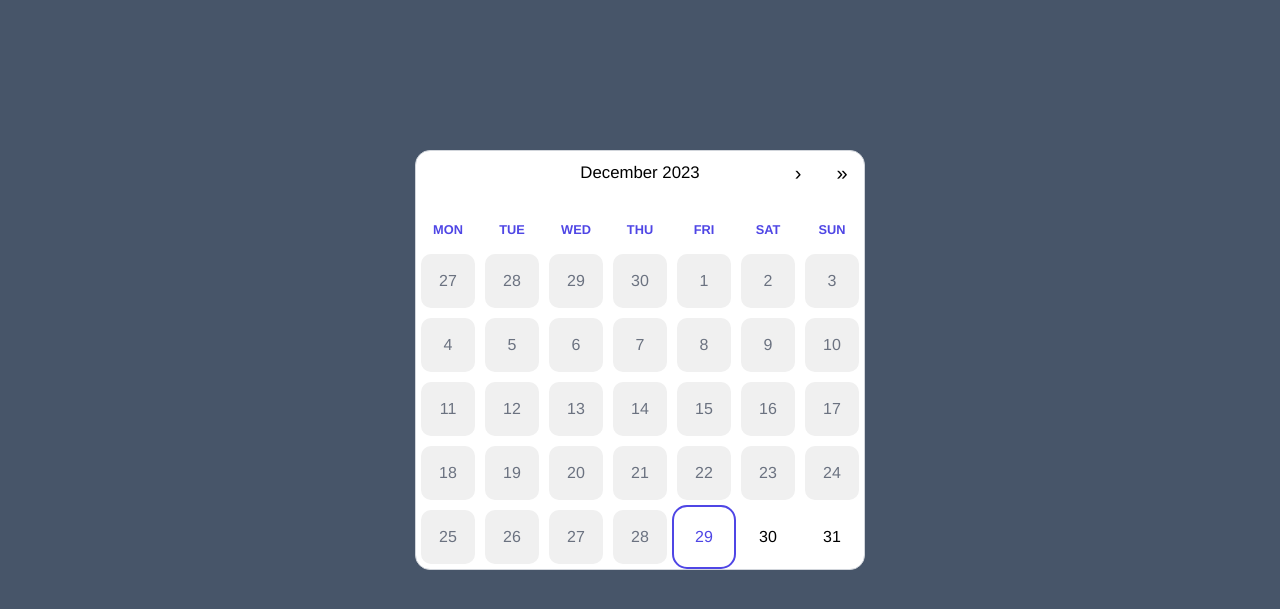
Repository: ImedBousakhria/appointment_system_prototype
Page: /
These files come from the project's save history. The page is drawn as it stood at one moment and after the next save; the edit follows.
The browser window is 1280 px wide. The pictures show the whole page.
The project was rebuilt for these pictures with package versions that can differ from the ones it lists, and the page was loaded fresh each time. Also part of the build but not shown: vite.config.js.

Above is the page before, as saved 2023-12-30 16:38:26.

### src/main.jsx
import React from 'react'
import ReactDOM from 'react-dom/client'
import './index.css'
import Calendar from './Calendar'
import "./Calendar.css";


ReactDOM.createRoot(document.getElementById('root')).render(
  <React.StrictMode>
    <Calendar />
  </React.StrictMode>,
)

### src/index.css
/* styles.css */

@import 'tailwindcss/base';
@import 'tailwindcss/components';
@import 'tailwindcss/utilities';

/* Your custom styles go here */

### src/Calendar.jsx
import React, { useState } from "react";
import reactLogo from "./assets/react.svg";
import viteLogo from "/vite.svg";
import { InlineWidget } from "react-calendly";
import ReactCalendar from "react-calendar";
import { add, format } from "date-fns";
import {
  OPENING_TIME_MORNING,
  CLOSING_TIME_MORNING,
  OPENING_TIME_AFTERNOON,
  CLOSING_TIME_AFTERNOON,
  INTERVAL,
} from "./consts/config";


export const Calendar = () => {
  const [date, setDate] = useState({ justDate: undefined, dateTime: undefined });

  const getTimes = (openingTime, closingTime) => {
    if (!date.justDate) return [];
    const { justDate } = date;
    const beginning = add(justDate, { hours: openingTime });
    const end = add(justDate, { hours: closingTime });
    const interval = INTERVAL;

    const times = [];
    for (let i = beginning; i <= end; i = add(i, { minutes: interval })) {
      times.push(new Date(i));
    }

    return times;
  };

  const morningTimes = getTimes(OPENING_TIME_MORNING, CLOSING_TIME_MORNING);
  const afternoonTimes = getTimes(
    OPENING_TIME_AFTERNOON,
    CLOSING_TIME_AFTERNOON
  );

  // Concatenate morningTimes and afternoonTimes into a single array
  const allTimes = [...morningTimes, ...afternoonTimes];
  return (
    <div className=" bg-slate-600 flex gap-6 items-center h-screen justify-center">
      <ReactCalendar
        minDate={new Date()}
        className="REACT-CALENDAR"
        view="month"
        onClickDay={(date) => setDate((prev) => ({ ...prev, justDate: date }))}
      />
      {date.justDate ? (
        <div className=" flex flex-col gap-3">
          {allTimes?.map((time, i) => (
            <div
              key={`time-${i}`}
              className=" bg-white py-2 px-3 cursor-pointer rounded-md font-semibold hover:bg-gray-300"
            >
              {console.log(time)}
              {format(time, "kk:mm")}
            </div>
          ))}
        </div>
      ) : null}
    </div>
  );
}

export default Calendar;

### src/Calendar.css
.react-calendar {
    width: 450px;
    max-width: 100%;
    background: white;
    border-radius: 15px;
    border: 1px solid rgb(209 213 219);
    font-family: Manrope, Helvetica, sans-serif;
    line-height: 1.125em;
  }
  .react-calendar--doubleView {
    width: 700px;
  }
  .react-calendar--doubleView .react-calendar__viewContainer {
    display: flex;
    margin: -0.5em;
  }
  .react-calendar--doubleView .react-calendar__viewContainer > * {
    width: 50%;
    margin: 0.5em;
  }
  .react-calendar,
  .react-calendar *,
  .react-calendar *:before,
  .react-calendar *:after {
    -moz-box-sizing: border-box;
    -webkit-box-sizing: border-box;
    box-sizing: border-box;
  }

  /* Custom Navigation Styles */
  @media screen and (max-width: 500px) {
    .react-calendar__navigation__prev2-button,
    .react-calendar__navigation__prev-button {
      display: none;
    }
    .react-calendar__navigation__label {
      padding-left: 1rem;
      text-align: left;
    }
  }

  .react-calendar button {
    margin: 0;
    border: 0;
    outline: none;
  }
  .react-calendar button:enabled:hover {
    cursor: pointer;
  }
  .react-calendar__navigation {
    display: flex;
    height: 44px;
    margin-bottom: 1em;
  }
  .react-calendar__navigation button {
    min-width: 44px;
    background: none;
  }
  .react-calendar__navigation button:disabled {
    visibility: hidden;
    background-color: #f0f0f0;
  }
  .react-calendar__navigation button:enabled:hover,
  .react-calendar__navigation button:enabled:focus {
    background-color: #e6e6e6;
  }
  .react-calendar__month-view__weekdays {
    color: #4f46e5;
    text-align: center;
    text-transform: uppercase;
    font-weight: 700;
    font-size: 0.8em;
  }
  /* Each day should be round when hovered */
  .react-calendar__month-view__days__day {
    padding: 5px;
    background-clip: content-box !important;
    border-radius: 15px !important;
  }

  .react-calendar__navigation__label__labelText {
    font-weight: 500;
    font-size: 1.05em;
  }
  .react-calendar__navigation__label {
    pointer-events: none;
  }

  .react-calendar__navigation__arrow {
    background-color: #fff;
    padding: 7px;
    background-clip: content-box !important;
    border-radius: 50px;
    font-size: 1.25em;
  }
  .react-calendar__navigation__arrow:hover {
    background-color: rgb(107 114 128);
  }

  /* If you do not wish to show weekends */

  /*
  .react-calendar__month-view__days > .react-calendar__tile,
  .react-calendar__month-view__weekdays__weekday {
    flex-basis: 20% !important;
    max-width: 20% !important;
  }

  .react-calendar__month-view__weekdays__weekday:nth-child(6),
  .react-calendar__month-view__weekdays__weekday:nth-child(7) {
    display: none !important;
  }

  .react-calendar__month-view__days__day--weekend {
    display: none !important;
  }
  */

  .react-calendar__month-view__weekdays__weekday {
    padding: 0.75em;
  }
  .react-calendar__month-view__weekdays__weekday abbr {
    text-decoration: none;
  }
  .react-calendar__month-view__weekNumbers .react-calendar__tile {
    display: flex;
    align-items: center;
    justify-content: center;
    font-size: 0.75em;
    font-weight: bold;
  }
  .react-calendar__month-view__days__day--neighboringMonth {
    color: #b3b3b3;
  }
  .react-calendar__year-view .react-calendar__tile,
  .react-calendar__decade-view .react-calendar__tile,
  .react-calendar__century-view .react-calendar__tile {
    padding: 2em 0.5em;
  }
  .react-calendar__tile {
    aspect-ratio: 1/1;
    max-width: 100%;
    background: none;
    text-align: center;
  }
  .react-calendar__tile:disabled {
    background-color: #f0f0f0;
    color: rgb(107 114 128);
  }
  .react-calendar__tile:enabled:hover,
  .react-calendar__tile:enabled:focus {
    background-color: rgb(238 242 255);
  }
  .react-calendar__tile--now {
    border-radius: 15px;
    border: 2px solid #4f46e5 !important;
    color: #4f46e5;
  }
  .react-calendar__tile--now:enabled:hover,
  .react-calendar__tile--now:enabled:focus {
    background-color: rgb(238 242 255);
  }
  .react-calendar__tile--hasActive {
    background: #76baff;
  }
  .react-calendar__tile--hasActive:enabled:hover,
  .react-calendar__tile--hasActive:enabled:focus {
    background: #a9d4ff;
  }
  .react-calendar__tile--active:enabled:hover,
  .react-calendar__tile--active:enabled:focus {
    background: #4f46e5;
    color: white;
  }
  .react-calendar--selectRange .react-calendar__tile--hover {
    background-color: rgb(238 242 255);
  }

### src/consts/config.js
export const OPENING_TIME_MORNING = 9 // in hours
export const CLOSING_TIME_MORNING = 12 // in hours
export const OPENING_TIME_AFTERNOON = 13 // in hours
export const CLOSING_TIME_AFTERNOON = 16 // in hours
export const INTERVAL = 30 // every 30 minutes

### tailwind.config.js
/** @type {import('tailwindcss').Config} */
module.exports = {
  content: ["./src/**/*.{js,jsx,ts,tsx}"],
  theme: {
    extend: {
      colors: {

      },
    },
  },
  plugins: [],
};

Loaded but not shown: index.html (common file)

After the next save:
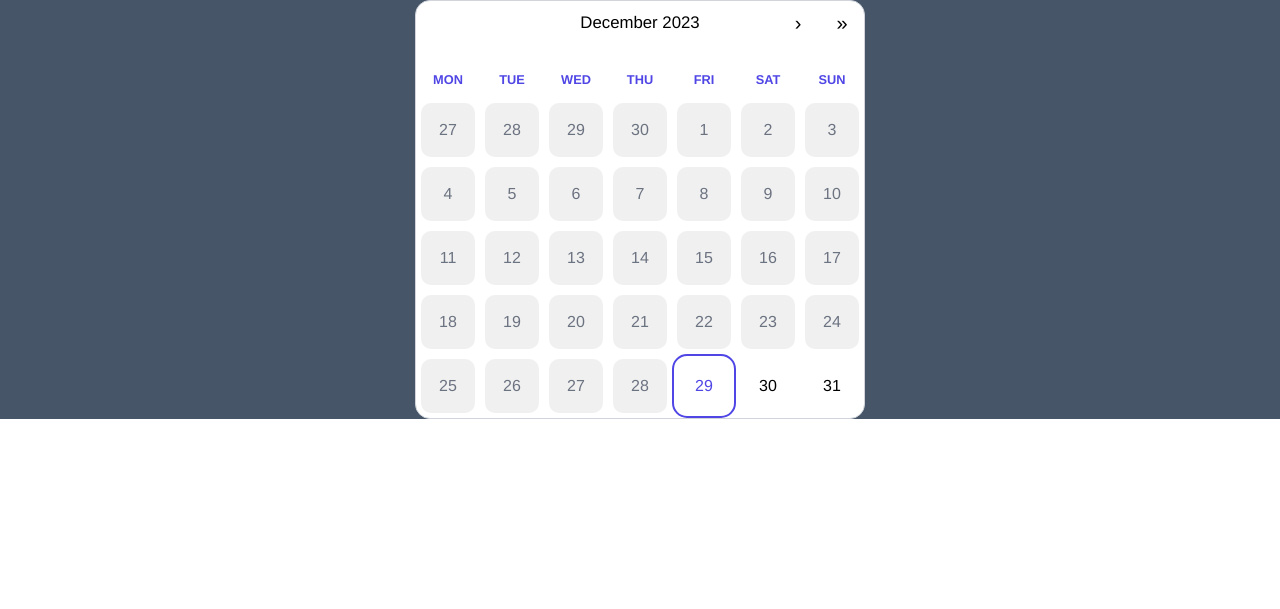
Saved 28 s later.
--- a/src/Calendar.jsx
+++ b/src/Calendar.jsx
@@ -40,7 +40,7 @@ export const Calendar = () => {
   // Concatenate morningTimes and afternoonTimes into a single array
   const allTimes = [...morningTimes, ...afternoonTimes];
   return (
-    <div className=" bg-slate-600 flex gap-6 items-center h-screen justify-center">
+    <div className=" bg-slate-600 flex gap-6 items-center  justify-center">
       <ReactCalendar
         minDate={new Date()}
         className="REACT-CALENDAR"
